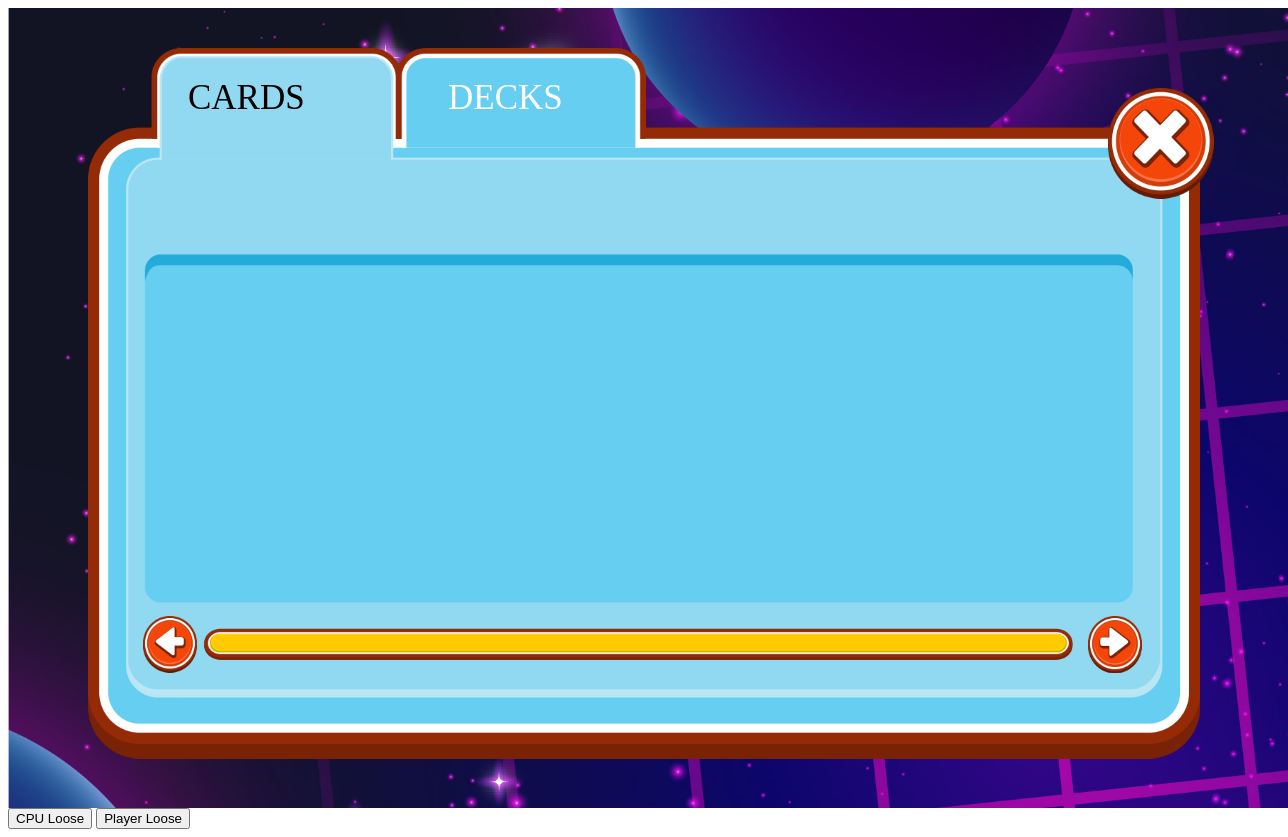
Repository: getvoiceagency/html5
Page: progress.html
The author's editor kept a record of every edit. The page is drawn from the files as they stood at one moment, then again after the next edit.
The browser window is 1280 px wide. The page is 1288 px wide, so the pictures cover 1288 px, including what lies to the right of the window. The pictures show the whole page.
Some web fonts or font styles are not loaded; a fallback is used. Some web libraries are served in a nearby version.

Above is the page before.

After the next edit:
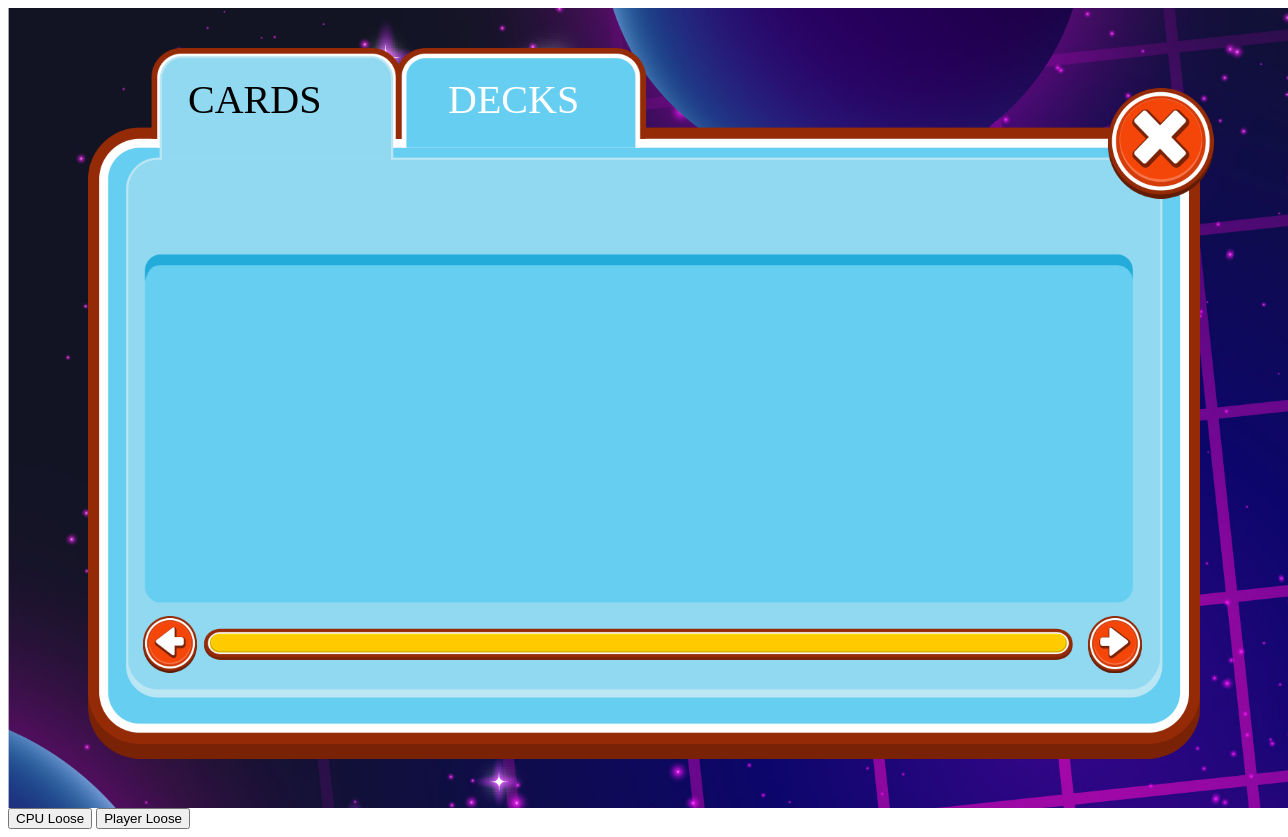
The edit:
--- a/progress.html
+++ b/progress.html
@@ -85,8 +85,8 @@
 
 // Construct the text
 
- var cardText = new PIXI.Text('CARDS', { font: '35px McLaren', fill: 'black', align: 'center' });
-var deckText = new PIXI.Text('DECKS', { font: '35px McLaren', fill: 'white', align: 'center' });
+ var cardText = new PIXI.Text('CARDS', { font: '40px McLaren', fill: 'black', align: 'center' });
+var deckText = new PIXI.Text('DECKS', { font: '40px McLaren', fill: 'white', align: 'center' });
 
 
 // set container
